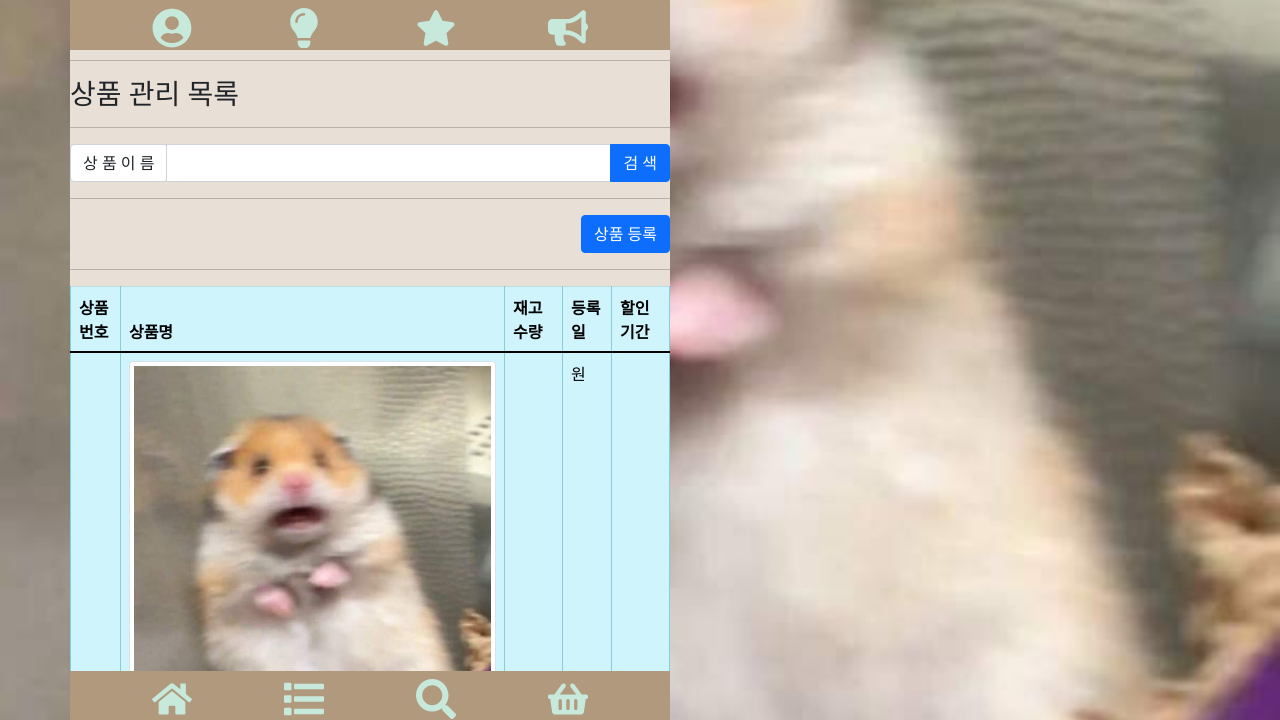
Repository: heegyu97/project
Page: http://localhost/0801_mvc2/WEB-INF/views/seller/productList.jsp
These files come from the project's save history. The page is drawn as it stood at one moment and after the next save; the edit follows.
The browser window is 1280 px wide. The pictures show the whole page.
An inner scrolling area shows only its first screen. Some web libraries are served in a nearby version. The page is served by Tomcat 9. Nobody is signed in. Other server files are loaded and not shown. The template is opened directly, without the code that normally fills it, so the values that code supplies are empty.

Above is the page before, as saved 2022-08-11 08:13:47.

### 0801_mvc2/src/main/webapp/WEB-INF/views/seller/productList.jsp
<%@ page language="java" contentType="text/html; charset=UTF-8"
    pageEncoding="UTF-8"%>
<%@ taglib uri="http://java.sun.com/jsp/jstl/core" prefix="c" %>
<html>
	<head>
		<meta charset="UTF-8">
		<title> 상품 목록 </title>
		<script src="https://ajax.googleapis.com/ajax/libs/jquery/3.6.0/jquery.min.js"></script>
		<%@ include  file ="/WEB-INF/views/style_link.jsp" %>
		<style type="text/css">
		</style>
	</head>
	<body>
	<%@ include file="/WEB-INF/views/header.jsp" %>
		<hr>
		<h3> 상품 관리 목록 </h3>
		<hr>
		<form action="${pageContext.request.contextPath}/product/list" method="get">
			<div class="input-group">
				<div class="input-group-prepend">
					<select class="form-control" id="searchOption" name="searchOption">
						<option value="prdt_name"
							<c:if test="${search_dto.searchOption == 'prdt_name'}">selected="selected"</c:if>
						> 상 품 이 름 </option>
						<option value="mid"
							<c:if test="${search_dto.searchOption == 'mid'}">selected="selected"</c:if>
						> 판 매 자 </option>
					</select>
				</div>
				<input type="text" class="form-control" id="searchWord" name="searchWord"
						value="${search_dto.searchWord}">
				<div class="input-group-append">
					<button type="submit" class="btn btn-primary"> 검 색 </button>
				</div>
			</div>
		</form>
		<hr>
		<div class="clearfix">
			<a href="${pageContext.request.contextPath}/seller/form">
				<button class="btn btn-primary float-right"> 상품 등록 </button>
			</a>
		</div>
		<hr>
		<table class="table table-hover table-bordered table-info">
			<col class="col-1">
			<thead>
				<tr>
					<th>상품번호</th>	<th>상품명</th>
					<th>재고수량</th> <th>등록일</th> <th>할인기간</th>
				</tr>
			</thead>
			<tbody>
<%-- 				<c:forEach var="dto" items="${list}"> --%>
				<c:forEach  begin="1" end="2">
					<tr>
						<td><%-- 상품번호 --%>

						</td>
						<td><%-- 썸네일 ${dto.thumbnail_path} --%>
							<img src="${pageContext.request.contextPath}/resources/img/bg.jpeg" class="img-thumbnail">
						</td>
						<td>
							<a href="${pageContext.request.contextPath}/product/detail?prdt_no=${dto.prdt_no}">
								${dto.prdt_name}
							</a>
						</td>
						<td><%--  --%>
							${dto.sale_price} 원
						</td>
						<td>${dto.mid}</td>
					</tr>
				</c:forEach>
			</tbody>
		</table>
		<hr>
		<%-- 페이징 --%>
		<ul class="pagination">
			<c:if test="${startPageNum > 10}">
				<li class="page-item mx-auto">
					<a class="page-link"
						href="${pageContext.request.contextPath}/product/list?userWantPage=${startPageNum-1}&searchOption=${search_dto.searchOption}&searchWord=${search_dto.searchWord}">
						Previous
					</a>
				</li>
			</c:if>
			<c:forEach var="page_no" begin="${startPageNum}" end="${endPageNum}">
				<c:choose>
					<c:when test="${page_no == userWantPage}">
						<li class="page-item active mx-auto">
							<a class="page-link">${page_no}</a>
						</li>
					</c:when>
					<c:otherwise>
						<li class="page-item mx-auto">
							<a class="page-link"
								href="${pageContext.request.contextPath}/product/list?userWantPage=${page_no}&searchOption=${search_dto.searchOption}&searchWord=${search_dto.searchWord}">
								${page_no}
							</a>
						</li>
					</c:otherwise>
				</c:choose>
			</c:forEach>
			<c:if test="${lastPageNum > endPageNum}">
				<li class="page-item mx-auto">
					<a class="page-link"
						href="${pageContext.request.contextPath}/product/list?userWantPage=${endPageNum+1}&searchOption=${search_dto.searchOption}&searchWord=${search_dto.searchWord}">
						Next
					</a>
				</li>
			</c:if>
		</ul>
		<hr>
	<%@ include file="/WEB-INF/views/footer.jsp" %>
	</body>
</html>

### 0801_mvc2/src/main/webapp/WEB-INF/views/style_link.jsp
<%@ page language="java" contentType="text/html; charset=UTF-8"
    pageEncoding="UTF-8"%>
<%@ taglib uri="http://java.sun.com/jsp/jstl/core" prefix="c" %>

<script
	src="https://ajax.googleapis.com/ajax/libs/jquery/3.6.0/jquery.min.js"></script>
<link rel="stylesheet"
	href="https://cdn.jsdelivr.net/npm/bootstrap@4.6.1/dist/css/bootstrap.min.css">
<script
	src="https://cdn.jsdelivr.net/npm/popper.js@1.16.1/dist/umd/popper.min.js"></script>
<script
	src="https://cdn.jsdelivr.net/npm/bootstrap@4.6.1/dist/js/bootstrap.bundle.min.js"></script>
<!-- ckeditor -->
<script src="//cdn.ckeditor.com/4.19.0/full/ckeditor.js"></script>
<!-- bootstrap to icon -->
<script defer
	src="https://use.fontawesome.com/releases/v5.0.8/js/solid.js"
	integrity="sha384-+Ga2s7YBbhOD6nie0DzrZpJes+b2K1xkpKxTFFcx59QmVPaSA8c7pycsNaFwUK6l"
	crossorigin="anonymous"></script>
<script defer
	src="https://use.fontawesome.com/releases/v5.0.8/js/fontawesome.js"
	integrity="sha384-7ox8Q2yzO/uWircfojVuCQOZl+ZZBg2D2J5nkpLqzH1HY0C1dHlTKIbpRz/LG23c"
	crossorigin="anonymous"></script>
<link
	href="https://cdn.jsdelivr.net/npm/bootstrap@5.0.2/dist/css/bootstrap.min.css"
	rel="stylesheet"
	integrity="sha384-EVSTQN3/azprG1Anm3QDgpJLIm9Nao0Yz1ztcQTwFspd3yD65VohhpuuCOmLASjC"
	crossorigin="anonymous">
<!-- main 기준 공용 -->
<link rel="stylesheet"
	href= "${pageContext.request.contextPath}/resources/E1I3/CSS/style_share.css">
<!-- nav 버튼 사이 거리 조정 -->
<link rel="stylesheet"
	href="${pageContext.request.contextPath}/resources/E1I3/CSS/style_hf.css">

<!-- 0811에 추가 -->
<%@ taglib prefix="fmt" uri="http://java.sun.com/jsp/jstl/fmt" %>

### 0801_mvc2/src/main/webapp/WEB-INF/views/header.jsp
<%@ page language="java" contentType="text/html; charset=UTF-8"
	pageEncoding="UTF-8"%>
<%@ taglib uri="http://java.sun.com/jsp/jstl/core" prefix="c"%>
<div class="container">
	<div class="row">
		<div id="aaa" class="col-lg-6 ">
			<iframe id="bbb" name="adver-frame"
				src="${pageContext.request.contextPath}/adver"></iframe>
		</div>


		<!-- 화면 나누기 :home 화면 오른쪽 : iframe to main -->
		<div id="ccc" class="col-lg-6">
			<!-- footer col6 -->
			<div class="nav">
				<!-- MENU -->
				<section class="servics">
					<div class="icons">
						<div class="child icon1">
							<a class="nav-link" href="${pageContext.request.contextPath}/loginform">
								<i class="fa fa-user-circle" style="width:40px; height:40px; color: #C6E9DC" ></i>
							</a>
						</div>
						<div class="child icon2">
							<a class="nav-link" href="${pageContext.request.contextPath}/tip/tip">
								<i class="fa fa-lightbulb" style="width:40px; height:40px; color: #C6E9DC" ></i>
							</a>
						</div>
						<div class="child icon3">
							<a class="nav-link" href="${pageContext.request.contextPath}/home">
								<i class="fa fa-star" style="width:40px; height:40px; color: #C6E9DC" ></i>
							</a>
						</div>
						<div class="child icon4">
							<a class="nav-link"
								href="${pageContext.request.contextPath}/home"> <i
								class="fa fa-bullhorn" style="width:40px; height:40px; color: #C6E9DC" ></i>
							</a>
						</div>
					</div>
				</section>

			</div>
			<main>
				<!-- 여백 -->
				<h3 style="margin-bottom: 60px"></h3>

### 0801_mvc2/src/main/webapp/WEB-INF/views/footer.jsp
<%@ page language="java" contentType="text/html; charset=UTF-8"
	pageEncoding="UTF-8"%>
<h3 style="margin-top: 60px"></h3>
</main>
<div class="nav" style="bottom: -1px;">
	<!-- MENU -->
	<section class="servics">
		<div class="icons">
			<div class="child icon1">
				<a class="nav-link" href="${pageContext.request.contextPath}/home">
				   <i class="fa fa-home"  style="width:40px; height:40px; color: #C6E9DC" ></i>
				</a>
			</div>
			<div class="child icon2">
				<a class="nav-link" href="${pageContext.request.contextPath}/home">
					<i class="fa fa-list"  style="width:40px; height:40px; color: #C6E9DC" ></i>
				</a>
			</div>
			<div class="child icon3">
				<a class="nav-link" href="${pageContext.request.contextPath}/home">
					<i class="fa fa-search"  style="width:40px; height:40px; color: #C6E9DC" ></i>
				</a>
			</div>
			<div class="child icon4">
				<a class="nav-link" href="${pageContext.request.contextPath}/home">
					<i class="fa fa-shopping-basket"  style="width:40px; height:40px; color: #C6E9DC" ></i>
				</a>
			</div>
		</div>
	</section>

</div>
</div>
<!-- col6 -->
</div>
<!-- row  -->
</div>
<!-- contain  -->

### 0801_mvc2/src/main/webapp/resources/E1I3/CSS/style_share.css
@charset "UTF-8";

.servics{
   width: 100%;
   text-align: center;
}
.icons{
	display: flex;
	justify-content: center;
}
.child{
	text-align: center;
}

main{
	width : 600px;
}
.nav{
		display : inline-block;
		width : 600px;
		height : 50px;
		z-index: 2;
		background-color: #B1997D;
		position: fixed;

}
main{
	width : 600px;
}

body{
	background-image: url('${pageContext.request.contextPath}/resources/img/bg.jpeg');
	background-repeat: no-repeat;
 	background-position: center;
	background-size: cover;
}


#adver-frame {width : 100%;height : 100%}
	@media only screen and (max-width : 1400px ){
	#aaa{
		display: none;
	}

}


#ccc{
	display : inline-block;
  	height: 100vh;
  	background-color : #E8E0D6;
}

::-webkit-scrollbar {
	display: none;
}


#bbb,#ccc {

  	padding: 0px;
  	margin: 0px;
 	overflow: auto;
	width: 600px;
	min-width: 600px;
}
#bbb {
	list-style-type: none;
  	height: 100%;
 	position: fixed;
}

### 0801_mvc2/src/main/webapp/resources/E1I3/CSS/style_hf.css
@charset "UTF-8";

.icon1, .icon2, .icon3{
	margin-right: 10%;
}

After the next save:
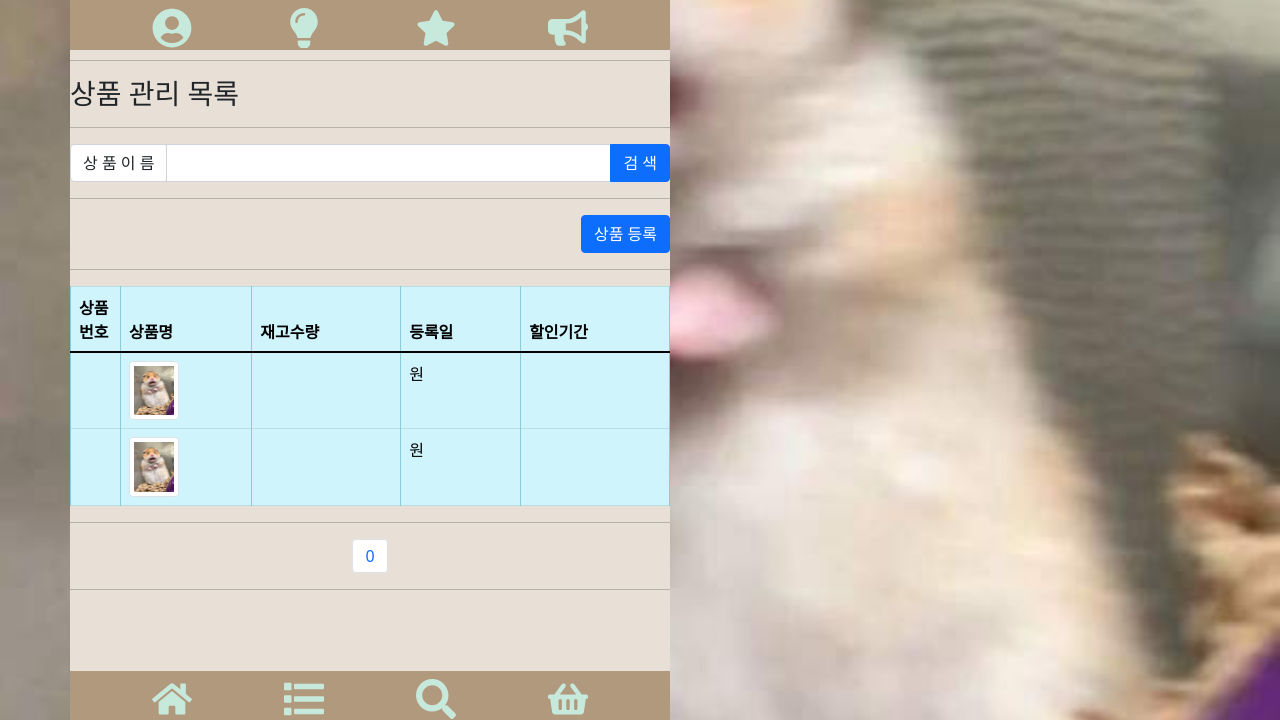
Saved 37 s later.
--- a/0801_mvc2/src/main/webapp/WEB-INF/views/seller/productList.jsp
+++ b/0801_mvc2/src/main/webapp/WEB-INF/views/seller/productList.jsp
@@ -57,7 +57,10 @@
 
 						</td>
 						<td><%-- 썸네일 ${dto.thumbnail_path} --%>
-							<img src="${pageContext.request.contextPath}/resources/img/bg.jpeg" class="img-thumbnail">
+							<a href="${pageContext.request.contextPath}/guest/detail">
+								<img src="${pageContext.request.contextPath}/resources/img/bg.jpeg"
+									width="50px" height="50px" class="img-thumbnail ">
+							</a>
 						</td>
 						<td>
 							<a href="${pageContext.request.contextPath}/product/detail?prdt_no=${dto.prdt_no}">
